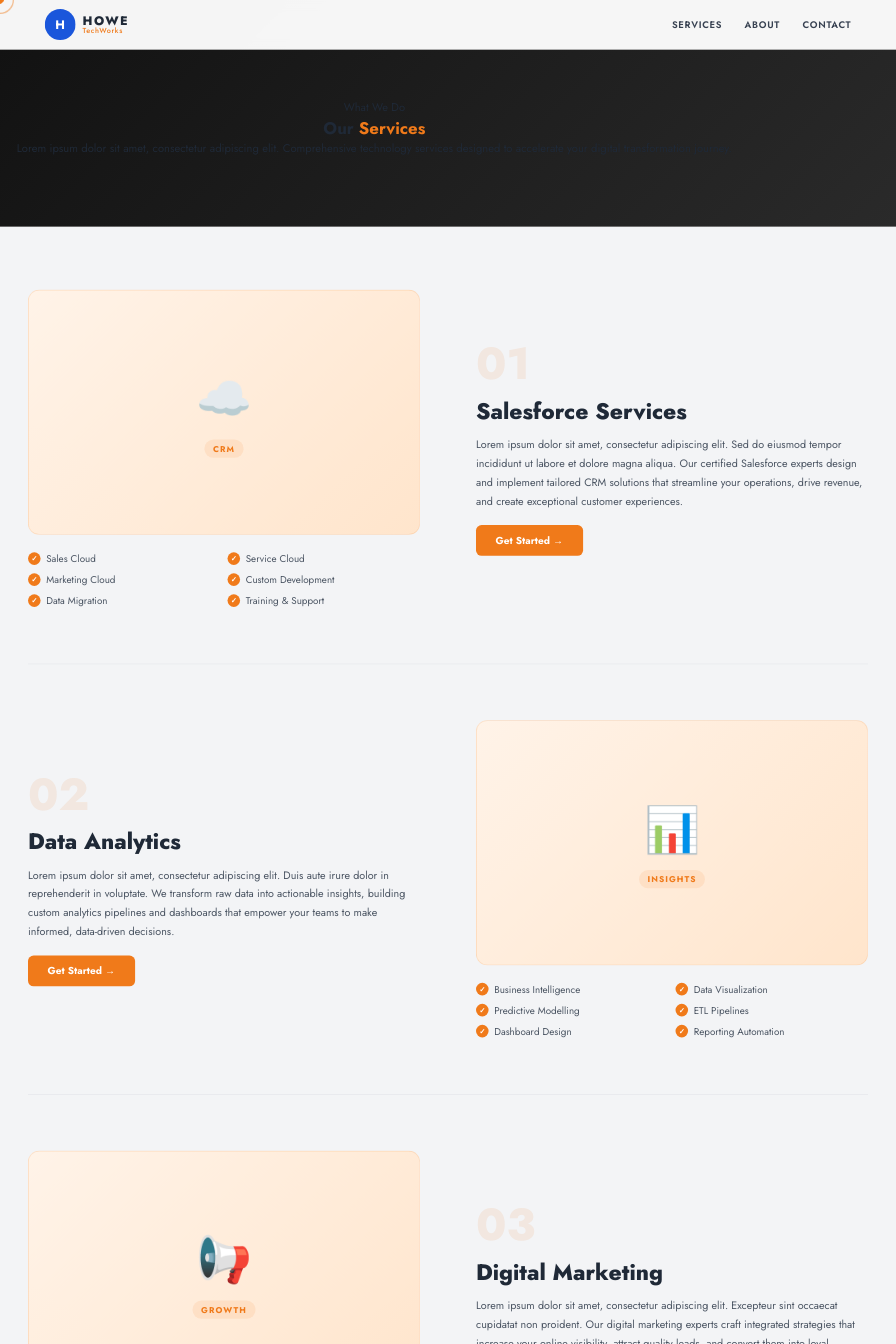
Repository: antria-martin/edgeshift_website
Page: /services
An editor plug-in stored every save of this project. The page is shown before and after a run of saves, followed by the edit.
The browser window is 1280 px wide. The pictures show the part of the page from y = 0 to 1920 px (the page is 3460 px tall), at 70% of full size.
The project was rebuilt for these pictures with package versions that can differ from the ones it lists, and the page was loaded fresh each time. The framework's server and built-in components were replaced by stand-ins that run in the browser. Also part of the build but not shown: next.config.ts.

Above is the page before, as saved 2026-03-19 22:16:17.

After the next 2 saves:
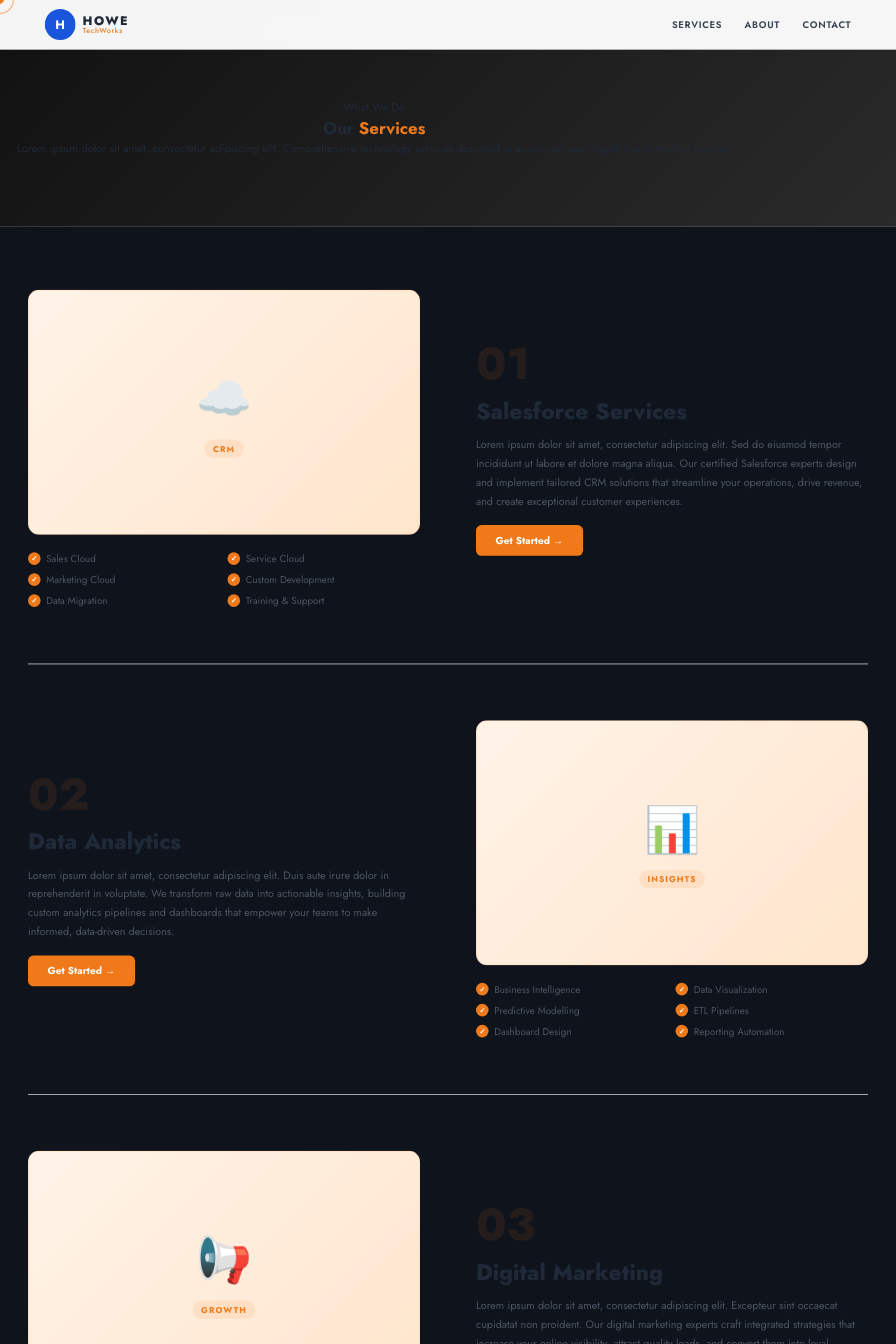
The 2 saves are shown as one change because they came seconds apart.
The last was saved 5 min 14 s later.
--- a/src/app/services/services.module.css
+++ b/src/app/services/services.module.css
@@ -13,7 +13,7 @@
 
 .section {
   padding: 90px 24px;
-  background: #f3f4f6;
+  background: #0f141c;
 }
 
 .container {

After the 2 saves that followed:
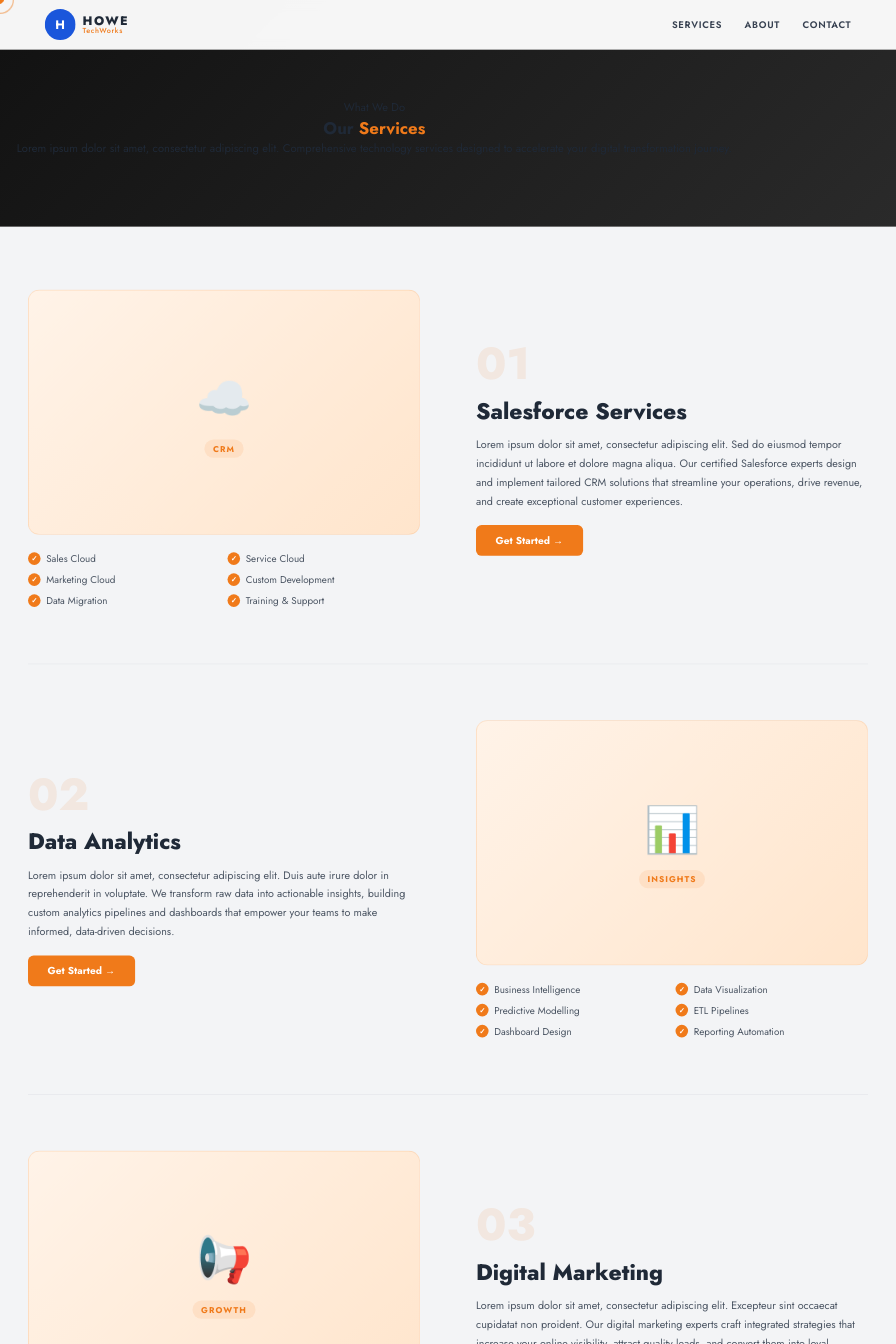
The 2 saves are shown as one change because they came seconds apart.
The last was saved 7 s later.
--- a/src/app/services/services.module.css
+++ b/src/app/services/services.module.css
@@ -13,7 +13,7 @@
 
 .section {
   padding: 90px 24px;
-  background: #0f141c;
+  background: #f3f4f6;
 }
 
 .container {
